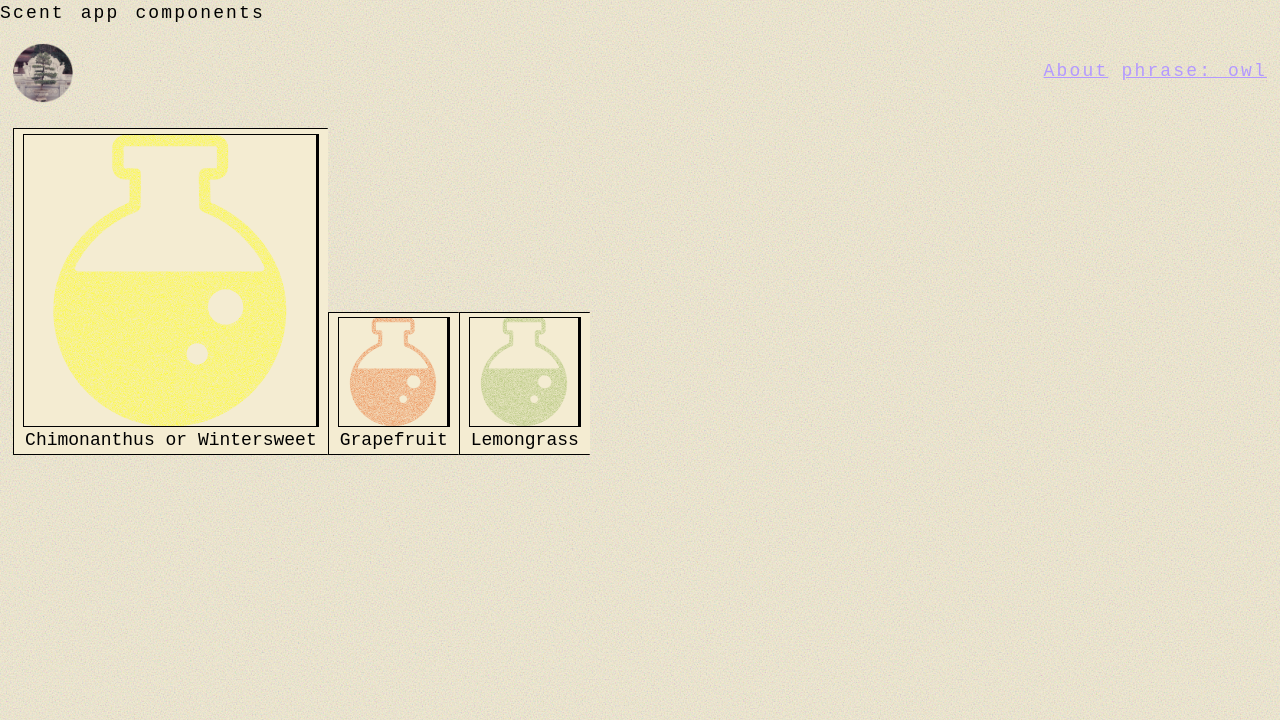
Repository: magiai/scent-app
Page: /
The author's editor kept a copy of each file at every save. The page is drawn from the files as they stood at one save, then again after the next save.
The browser window is 1280 px wide. The pictures show the whole page.
The project was rebuilt for these pictures with package versions that can differ from the ones it lists, and the page was loaded fresh each time. The framework's server and built-in components were replaced by stand-ins that run in the browser.

Above is the page before, as saved 2022-11-30 13:05:45.

### pages/_app.tsx

import { Provider } from 'react-redux';
import type { AppProps } from 'next/app';
import { store } from '../app/store';
import '../styles/variables.css';
import '../styles/global.css';

function MyApp({ Component, pageProps
}: AppProps) {
    return (
        <Provider store={store}>
            <Component {...pageProps} />
        </Provider>
    )
}

export default MyApp

### pages/_document.js
import { Html, Head, Main, NextScript } from "next/document";

export default function Document() {
    return (
        <Html lang="en">
        <Head>
            <meta charset="utf-8" />
            <meta httpEquiv="X-UA-Compatible" content="IE=edge" />
            <meta name=" theme-color" content="#fff" />
            <meta name="viewport" content="width=device-width, initial-scale=1" />
            <meta name="robots" content="noindex, nofollow" />

            <title key="title">Scent app components</title>
            <link rel="icon" href="/favicon.ico"></link>
            <meta name="description" content="Application description"></meta>

            <noscript>Scent app components</noscript>
        </Head>
        <body>
            <svg
                className="svg__background"
                width='100%'
                height='100%'
                viewBox='0 0 100 100' xmlns='http://www.w3.org/2000/svg'>
                <filter id='noiseFilter' x="-75%" y="-100%" width="250%" height="300%">
                    <feTurbulence
                                type='fractalNoise'
                                baseFrequency='5'
                                numOctaves='10'
                                seed="10"
                                stitchTiles='stitch'/>
                </filter>

                <rect width='100%' height='100%' filter='url(#noiseFilter)'/>
            </svg>
            <Main />
            <NextScript />
        </body>
    </Html>
    )
}

### pages/index.tsx
import Head from 'next/head';
import Layout from '../components/Layout';
import { Scent } from '../components/scent/Scent';

export default function Home() {
  return (
    <Layout>
      <Head>
        <title key="title">Home</title>
      </Head>

      <main>
        <Scent liquidColor="yellow"
            label = "Chimonanthus or Wintersweet" />
        <Scent liquidColor="#e9702c"
                label = "Grapefruit" />
        <Scent liquidColor="#9db95d"
                label = "Lemongrass" />
      </main>

    </Layout>
  )
}

### app/store.ts
import searchEngineReducer from '../components/search/searchSlice';

import {
    Action,
    configureStore,
    ThunkAction,
  } from '@reduxjs/toolkit';

  export const store = configureStore({
    reducer: {
        searchEngine: searchEngineReducer,
    },
  });

  export type AppDispatch = typeof store.dispatch;
  export type RootState = ReturnType<typeof store.getState>;
  export type AppThunk<ReturnType = void> = ThunkAction<
     ReturnType,
     RootState,
     unknown,
     Action<string>
   >;

### styles/variables.css
:root {
    --font-family--base: 'Courier New', Courier, monospace;;
    --color--white: white;
    --color--black: black;
    --color--transparent: rgba(0, 0, 0, 0);

    --hue--base: 255;
    --saturation--base: 100%;
    --lightness--base: 80%;
    --opacity--base: 1;
    --color--lighten: 5%;
    --color--darken: 10%;
    --color--primary: hsla(var(--hue--base), var(--saturation--base), var(--lightness--base), var(--opacity--base));
    --color--primary--active: hsla(var(--hue--base),
                                    var(--saturation--base),
                                    calc(var(--lightness--base) + var(--color--lighten)),
                                    var(--opacity--base));

    --hue--secondary: 46;
    --saturation--secondary: 61%;
    --lightness--secondary: 89%;
    --color--secondary: hsla(var(--hue--secondary), var(--saturation--secondary), var(--lightness--secondary), var(--opacity--base));
    --color--secondary--active: hsla(var(--hue--secondary),
                                var(--saturation--secondary),
                                calc(var(--lightness--secondary) + var(--color--lighten)),
                                var(--opacity--base));

    --hue--error: 360;
    --hue--success: 130;
    --hue--information: 230;
    --color--disabled: hsla(var(--hue--information), 0, calc(var(--lightness--base) - var(--color--darken)), var(--opacity--base));
    --color--information: hsla(var(--hue--information), var(--saturation--base), var(--lightness--base), var(--opacity--base));
    --color--success: hsla(var(--hue--success), var(--saturation--base), var(--lightness--base), var(--opacity--base));
    --color--error: hsla(var(--hue--error), var(--saturation--base), var(--lightness--base), var(--opacity--base));

    --background-color: var(--color--secondary);

    --spacing__ratio: 1.414;
    --spacing__ratio--desktop: 1.618;
    --space--base: 0.5rem;
    --space--xs: var(--space--base);
    --space--s: calc(var(--space--xs) * var(--spacing__ratio));
    --space--m: calc(var(--space--s) * var(--spacing__ratio));
    --space--l: calc(var(--space--m) * var(--spacing__ratio));
    --space--xl: calc(var(--space--l) * var(--spacing__ratio));

    --font-size__ratio: 1.20;
    --font-size__ratio--desktop: 1.333;
    --font-size--base: 1.8rem;
    --font-size--h4: calc(var(--font-size--base) * var(--font-size__ratio));
    --font-size--h3: calc(var(--font-size--h4) * var(--font-size__ratio));
    --font-size--h2: calc(var(--font-size--h3) * var(--font-size__ratio));
    --font-size--h1: calc(var(--font-size--h2) * var(--font-size__ratio));

    --input__height: 4rem;
    --input__border__width: 0.1rem;
    --input__border__style: solid;
    --input__border__color: var(--color--primary);
    --input__border: var(--input__border__width) var(--input__border__style) var(--input__border__color);
    --form-control__color: var(--color--secondary);
    --select__height: 3.4rem;
    --select--focus__color: var(--color--primary);
    --select__arrow__color: var(--input__border__color);

    --svg__button__width: 15rem;
    --svg__button__height: 10rem;
    --button__border__width: 0.1rem;
    --button--svg__label__height: 4.6rem;
}

@media only screen and (min-width: 768px) {
    :root {
        --font-size__ratio: var(--font-size__ratio--desktop);
        --spacing__ratio: var(--spacing__ratio--desktop);
    }
}

### styles/global.css
html {
    font-size: 62.5%;
}

*,
*:before,
*:after {
    box-sizing: border-box;
}

body {
    font-family: var(--font-family--base);
    font-size: var(--font-size--base);
    line-height: 1.5;
	letter-spacing: 0.12em;
	word-spacing: 0.16em;
    color: var(--color--black);
    background-color: var(--background-color);
    margin: 0;
    position: relative;
    min-height: 100vh;
}

@media (prefers-reduced-motion: reduce) {
	*,
	*::before,
	*::after {
		animation-duration: 0.01ms !important;
		animation-iteration-count: 1 !important;
		transition-duration: 0.01ms !important;
		scroll-behavior: auto !important;
	}
}

.svg__background {
	position: absolute;
	top: 0;
	left: 0;
	opacity: 0.4;
    z-index: -1;
}

p,
li,
h1, h2, h3, h4, h5 {
  overflow-wrap: break-word;
  hyphens: auto;
  margin-bottom: 0.65em;
}

h1 {
    font-size: var(--font-size--h1);
}

h2 {
    font-size: var(--font-size--h2);
}

h3 {
    font-size: var(--font-size--h3);
}

h4 {
    font-size: var(--font-size--h4);
}

h5 {
    font-size: var(--font-size--h5);
}

a {
    color: var(--color--primary);
    padding-top: var(--space--s);
    padding-bottom: var(--space--s);
}

a:hover, a:active, a:focus {
    color: var(--color--primary--active);
}

button {
    font-size: max(var(--font-size--base), 1em);
    font-family: inherit;
    padding: 0.25em 0.5em;
    background-color: var(--color--secondary);
    border-radius: 0.1rem;
    border: var(--button__border);
    line-height: 1;
}

### components/Layout.tsx
import React from 'react';
import Footer from './Footer';
import Header from './Header';
import styles from './layout.module.css'

export default function Layout({
  children,
  home
}: {
  children: React.ReactNode
  home?: boolean
}) {
    return (
        <div className = {styles.container}>
            <Header/>
            {children}
            {/* <Footer/> */}
        </div>
    );
}

### components/scent/Scent.tsx
import React from 'react';
import styles from './styles/scent.module.css';
import { ScentImage } from './ScentImage';
import { ScentLabel } from './ScentLabel';

interface ScentProps {
    liquidColor: string;
    label: string;
  /**
   * Optional click handler
   */
  onClick?: () => void;
}

export const Scent = ({
    liquidColor,
    label,
    ...props
}: ScentProps) => {
    //check with useContext
    // const mode: string = visibleBottle ? 'bottle--visible' : 'bottle--hidden';

    return (
    <>
        <button
            type="button"
            className={ styles['button--scent'] }
            {...props}>

            <ScentImage liquidColor = { liquidColor } />
            <ScentLabel label = { label } />
        </button>
    </>
    );
};

### components/search/searchSlice.ts
import {
    createSlice,
    PayloadAction,
  } from '@reduxjs/toolkit';
  import type { RootState } from '../../app/store';

  export type SearchEngineState = {
    value: string;
  };

  const initialState: SearchEngineState = {
    value: 'owl',
  };

  export const searchEngineSlice = createSlice({
    name: 'searchEngine',
    initialState,

    reducers: {

      setSearchedPhrase: (state, action: PayloadAction<string>) => {
        state.value = action.payload;
      },
    },
  });

  export const {
    setSearchedPhrase,
  } = searchEngineSlice.actions;

  export const selectSearch = (state: RootState) => state.searchEngine.value;

  export default searchEngineSlice.reducer;

### components/Header.tsx
import Link from 'next/link';
import Image from 'next/image';
import styles from './header.module.css';
import { useAppSelector } from '../app/hooks';
import { selectSearch } from './../components/search/searchSlice';

export default function Header() {
    const selectPhrase = useAppSelector(selectSearch);

    return (
        <header className = {styles.header}>
            <nav className = {styles.navigation}>
                <Link href="/">
                    <a>
                        <Image
                            src = "/images/logo.png"
                            height = {60}
                            width = {60}
                            alt = "Logo"
                        />
                    </a>
                </Link>
                <ul className = { styles.navigationList }>
                    <li>
                        <Link href="/about">
                            <a>About</a>
                        </Link>
                    </li>
                    <li>
                        <Link href="/about">
                            <a>phrase: {selectPhrase} </a>
                        </Link>
                    </li>
                </ul>
            </nav>
        </header>
    );
}

### components/layout.module.css
.container {
    padding-left: var(--space--m);
    padding-right: var(--space--m);
}

### components/scent/styles/scent.module.css
.svg--bottle,
.button--scent {
    border-top-width: var(--button__border__width);
    border-left-width: var(--button__border__width);
    border-bottom-width: var(--button__border__width);
    border-color: black;
    border-style: solid;
}

.button--scent {
    border-right-width: 0rem;
    color: black;
    transition-property: transform;
    transition-duration: 250ms;
    transition-timing-function: ease-out;
}

.button--scent:active,
.button--scent:focus,
.button--scent:hover {
    background-color: rgba(87, 69, 58, 0.7);
}

.button--scent:hover .button--svg__label {
    height: auto;
    min-height: var(--button--svg__label__height);
    overflow: visible;
    -webkit-line-clamp: 5;
}

### components/scent/ScentImage.tsx
import React from 'react';
import styles from './styles/scent.module.css';

interface ScentImageProps {
    liquidColor: string;
}

export const ScentImage = ({
    liquidColor
}: ScentImageProps) => {
    //check with useContext
    // const mode: string = visibleBottle ? 'bottle--visible' : 'bottle--hidden';

    return (
            <svg
                className={ styles['svg--bottle'] }
                xmlns="http://www.w3.org/2000/svg"
                version="1.1"
                x="0px"
                y="0px"
                viewBox="0 0 362.664 362.664">

                <filter id='noiseFilter' x="-10%" y="-10%" width="120%" height="120%">
                    <feTurbulence
                        type='fractalNoise'
                        baseFrequency='5'
                        numOctaves='10'
                        seed="10"
                        stitchTiles='stitch'
                    />
                </filter>

                <mask id="gradient-mask">
                    <rect width='100%' height='100%' filter='url(#noiseFilter)'/>
                </mask>

                <path id={ styles['bottle__path'] }
                    fill={ liquidColor }
                    d="M326.197,217.684c0-14.664-2.472-29.243-7.346-43.334l-1.63-4.711h-0.119c-4.807-12.383-11.477-24.266-19.923-35.369     c-16.07-21.126-37.974-38.302-62.301-48.985c-1.015-0.446-3.057-1.059-3.057-4.892l-0.392-25.177h6.549     c8.759,0,15.886-7.126,15.886-15.885V15.886C253.864,7.127,246.738,0,237.978,0H125.686c-8.759,0-15.885,7.127-15.885,15.886     v23.445c0,8.759,7.126,15.885,15.885,15.885h5.625L131.23,80.06c0,3.75-2.221,4.689-3.323,5.172     c-24.308,10.644-46.197,27.762-62.283,48.842c-8.515,11.159-15.232,23.107-20.067,35.564h-0.119l-1.629,4.712     c-4.872,14.089-7.342,28.668-7.342,43.333c0,0.018,0,0.036,0,0.053c0,0.021,0,0.042,0,0.063     c0,79.879,64.986,144.865,144.865,144.865s144.865-64.986,144.865-144.865c0-0.021,0-0.042,0-0.063     C326.197,217.72,326.197,217.702,326.197,217.684z M202.109,272.231c0-7.348,5.957-13.305,13.305-13.305     s13.305,5.957,13.305,13.305s-5.957,13.305-13.305,13.305S202.109,279.579,202.109,272.231z M228.718,213.922     c0-12.15,9.85-22,22-22s22,9.85,22,22s-9.85,22-22,22S228.718,226.072,228.718,213.922z M140.66,95.165     c0,0,4.543-2.022,4.543-7.522c0-9.792,0.127-27.917,0.127-39.166c0-7.5-6.831-7.261-6.831-7.261h-12.813     c-1.022,0-1.885-0.863-1.885-1.885V15.886c0-1.022,0.863-1.886,1.885-1.886h112.292c1.022,0,1.886,0.864,1.886,1.886v23.445     c0,1.022-0.864,1.885-1.886,1.885h-13.146c0,0-7.473,0.552-7.473,8.929c0,10.874,0.592,28.679,0.592,38.241     c0,5.757,4.469,6.934,4.469,6.934c32.593,12.269,59.116,36.124,74.668,64.853c1.679,3.102,4.577,9.466-4.089,9.466h-225.5     c-6.833,0-3.513-6.596-1.764-9.807C81.372,131.122,107.979,107.339,140.66,95.165z"
                    mask='url(#gradient-mask)'></path>
            </svg>
    );
};

### components/scent/ScentLabel.tsx
import React from 'react';
import styles from './styles/scent.module.css';

interface ScentLabelProps {
    label: string;
}

export const ScentLabel = ({
    label
}: ScentLabelProps) => {

    return (
        <span className={ styles['button--svg__label'] }>{ label }</span>
    );
};

### components/header.module.css
.header {
    padding-top: var(--space--s);
    padding-bottom: var(--space--s);
}

.navigation {
    width: 100%;
    display: flex;
    flex-direction: row;
    justify-content: space-between;
    align-items: center;
}

.navigationList {
    display: flex;
}

.navigationList li {
    list-style: none;
}

.navigationList li:not(:last-of-type) {
    margin-right: var(--space--m);
}

### app/hooks.ts
import {
    TypedUseSelectorHook,
    useDispatch,
    useSelector,
  } from 'react-redux';
  import type {
    AppDispatch,
    RootState,
  } from './store';

  export const useAppDispatch = () => useDispatch<AppDispatch>();
  export const useAppSelector: TypedUseSelectorHook<RootState> = useSelector;

After the next save:
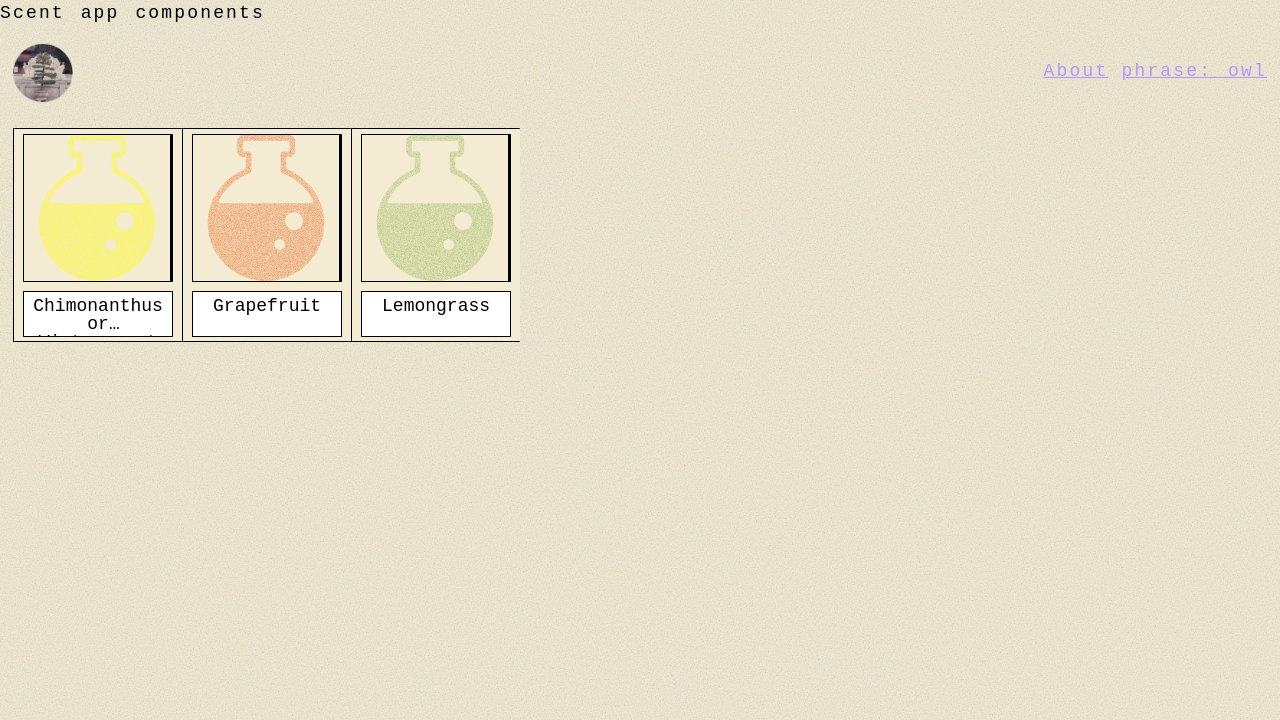
Saved 16 s later.
--- a/components/scent/styles/scent.module.css
+++ b/components/scent/styles/scent.module.css
@@ -21,6 +21,24 @@
     background-color: rgba(87, 69, 58, 0.7);
 }
 
+.button--svg__label {
+    border: 1px solid black;
+    height: var(--button--svg__label__height);
+    width: var(--svg__button__width);
+    margin-top: var(--space--xs);
+    background-color: white;
+    display: -webkit-box;
+    -webkit-line-clamp: 2;
+    -webkit-box-orient: vertical;
+    overflow: hidden;
+    padding-top: var(--space--xs);
+    padding-bottom: calc(var(--space--xs) / 2);
+    /* text-shadow: 0px 0px 0.2rem black, -0.05rem -0.05rem 0.02rem; */
+    transition-property: height;
+    transition-duration: 200ms;
+    transition-timing-function: ease-in;
+}
+
 .button--scent:hover .button--svg__label {
     height: auto;
     min-height: var(--button--svg__label__height);
